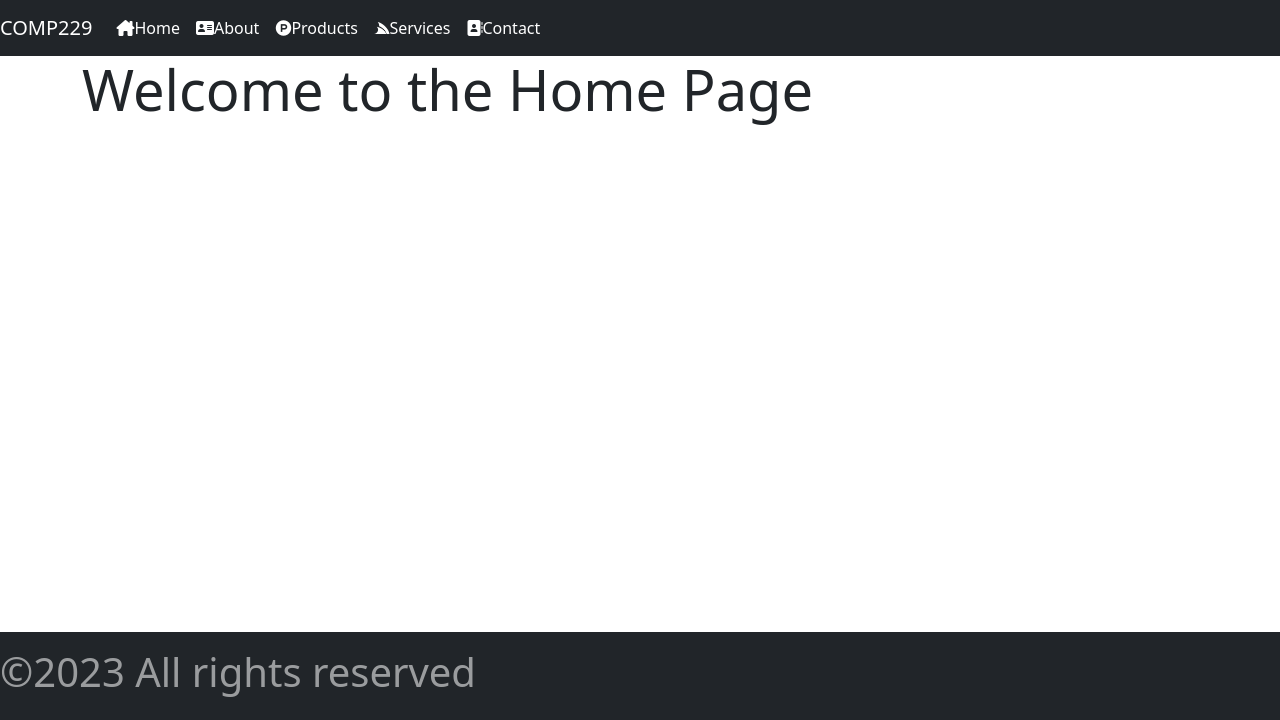
Repository: BlessingAjiboye/WEEK52023W
Page: http://localhost/
These files come from the project's save history. The page is drawn as it stood at one moment and after a run of saves; the edit follows.
The browser window is 1280 px wide. The pictures show the whole page.
The page is served by the project's Node server (server.js).

Above is the page before, as saved 2023-02-07 11:08:27.

After the next 2 saves:
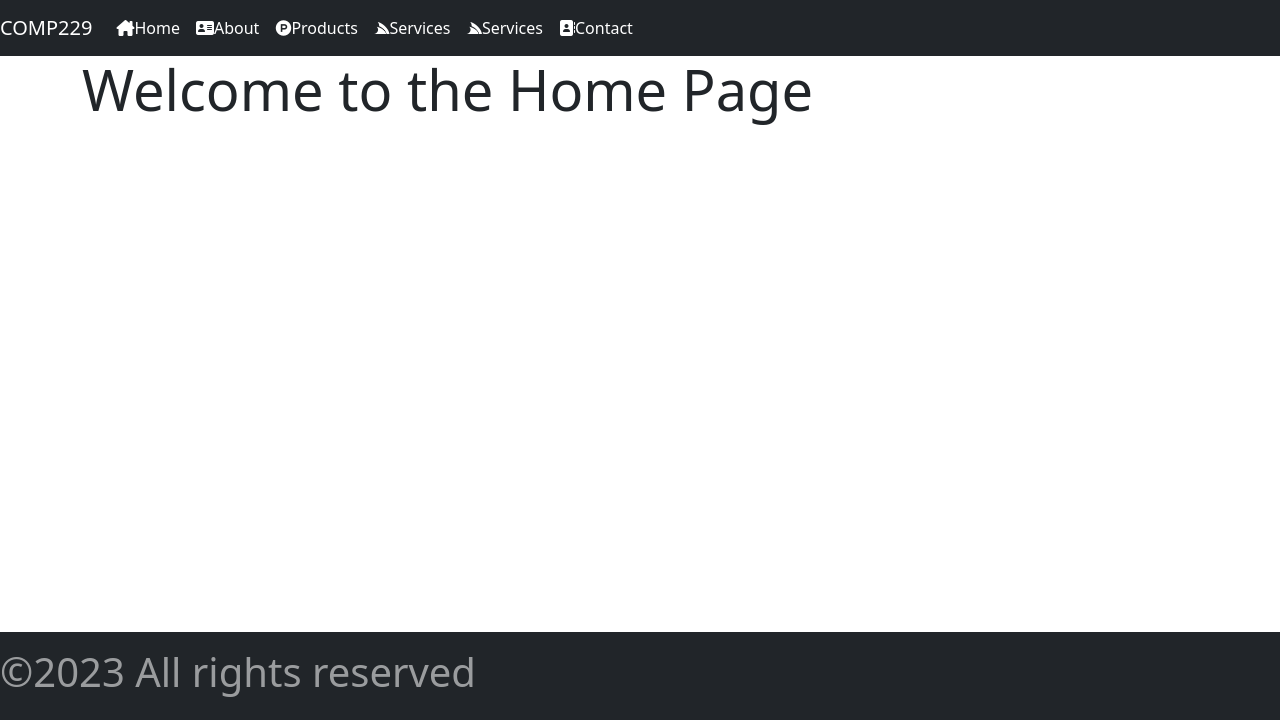
The 2 saves are shown as one change because they came seconds apart.
The last was saved 2 min 3 s later.
--- a/server/views/partials/main_nav.ejs
+++ b/server/views/partials/main_nav.ejs
@@ -34,6 +34,14 @@
               <%}%>
           <a class="nav-link active" aria-current="page" href="/services"><i class="fa-brands fa-servicestack"></i>Services</a>
         </li>
+
+        <% if(title=="Home"){%>
+        <li class="nav-item active">
+          <%}else{%>
+            <li class="nav-item">
+              <%}%>
+          <a class="nav-link active" aria-current="page" href="/services"><i class="fa-brands fa-servicestack"></i>Services</a>
+        </li>
         <% if(title=="Home"){%>
         <li class="nav-item active">
            <%}else{%>
